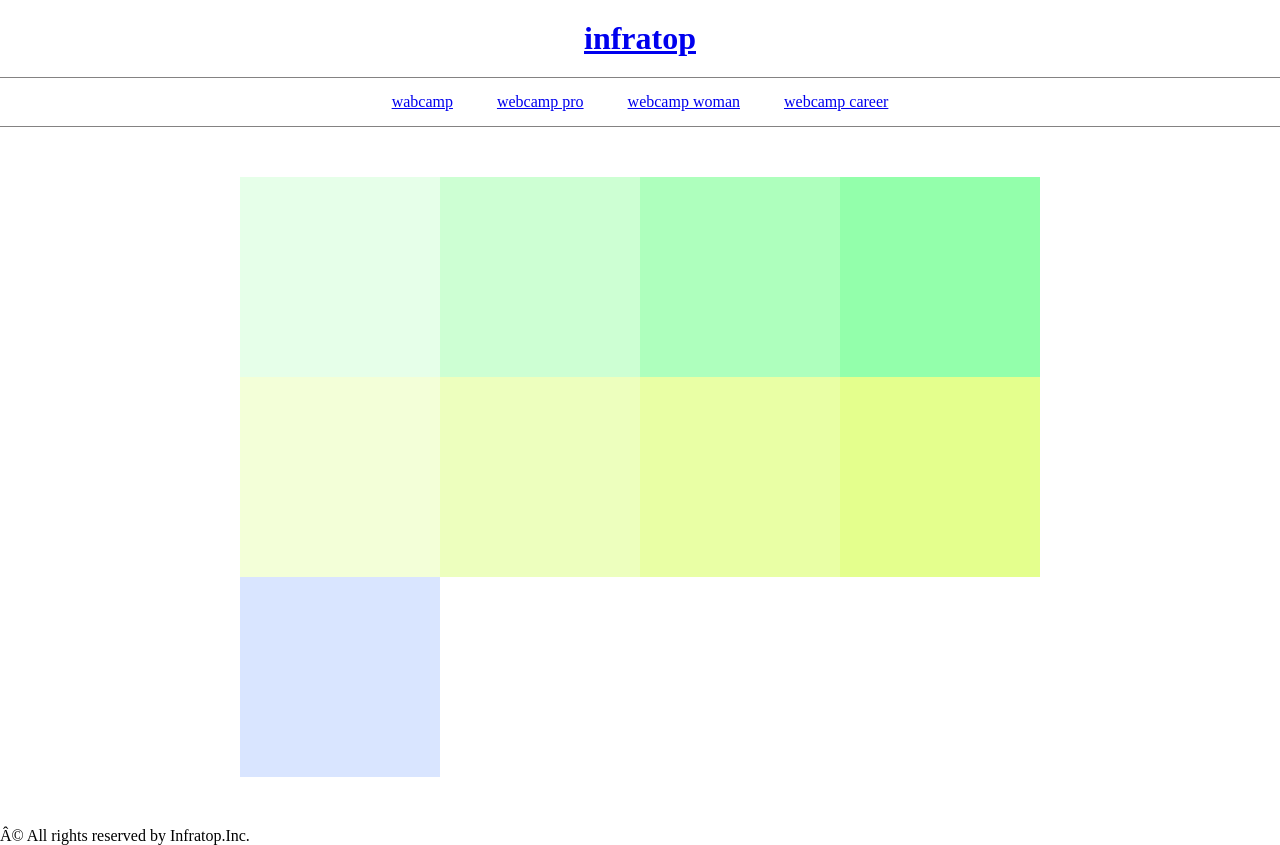
Repository: dsjanainoyo/html
Page: capter5.exercise/capter5.exercise.html
The author's editor kept a record of every edit. The page is drawn from the files as they stood at one moment, then again after the next edit.
The browser window is 1280 px wide. The pictures show the whole page.

Above is the page before.

After the next edit:
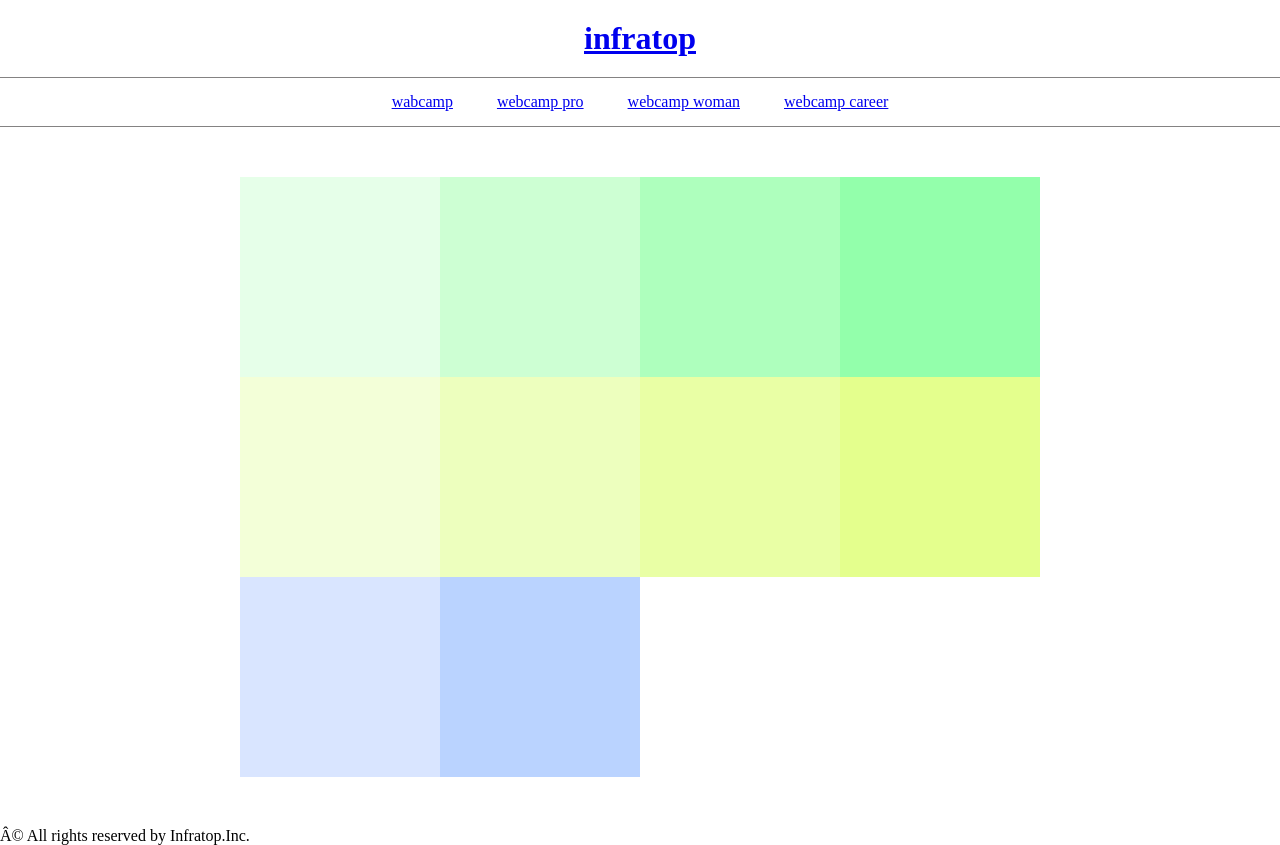
The edit:
--- a/capter5.exercise/capter5.exercise.css
+++ b/capter5.exercise/capter5.exercise.css
@@ -89,7 +89,7 @@
 .box10{
   width:200px;
   height:200px;
-  background-color:;
+  background-color:#bad3ff;
 }
 
 .box1{
